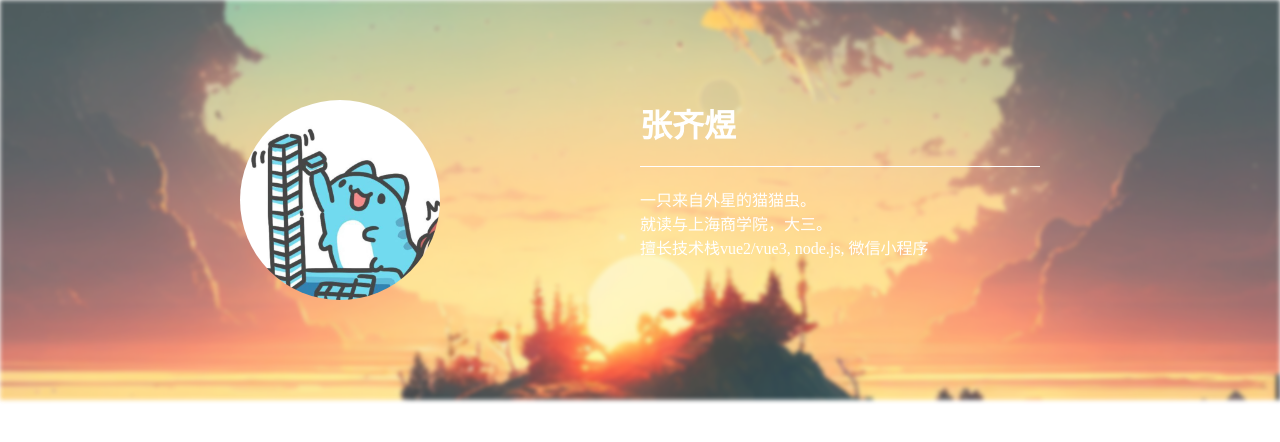
Repository: TheBiggestFatCat/myblog-frontend
Page: /
These files come from the project's save history. The page is drawn as it stood at one moment and after a run of saves; the edit follows.
The browser window is 1280 px wide. The pictures show the whole page.
The project was rebuilt for these pictures with package versions that can differ from the ones it lists, and the page was loaded fresh each time. Also part of the build but not shown: vite.config.ts.

Above is the page before, as saved 2023-02-26 09:27:25.

After the next 3 saves:
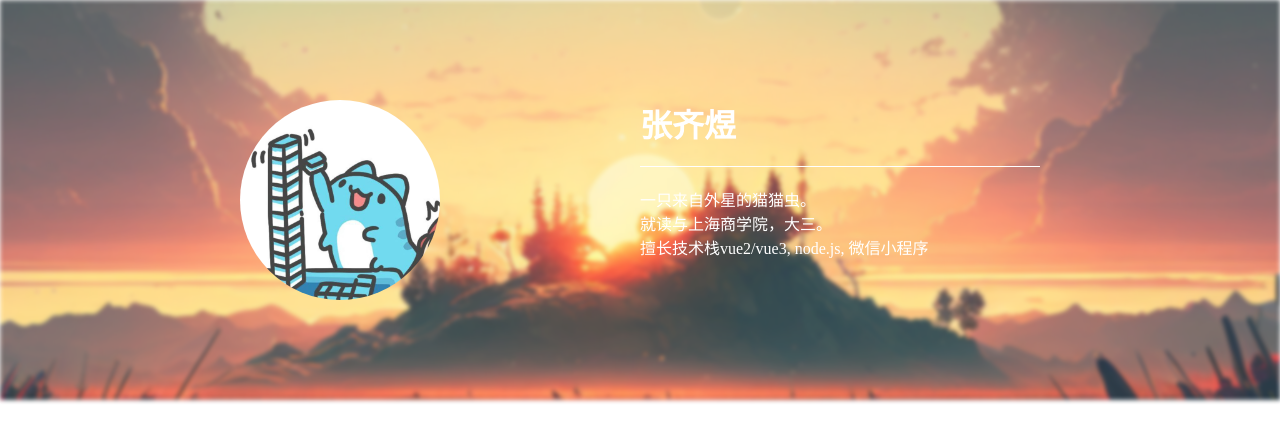
The 3 saves are shown as one change because they came seconds apart.
The last was saved 9 s later.
--- a/src/components/Home/Home.vue
+++ b/src/components/Home/Home.vue
@@ -69,7 +69,7 @@
   // width: 100%;
   // height: 100%;
   background-image: url(@/assets/pics/home1.jpg);
-  background-position: 0 -200px;
+  background-position: 0 -300px;
   background-size: cover;
   filter: blur(2px); /* 设置模糊半径 */
   opacity: 0.85; /* 设置不透明度 */

After the 2 saves that followed:
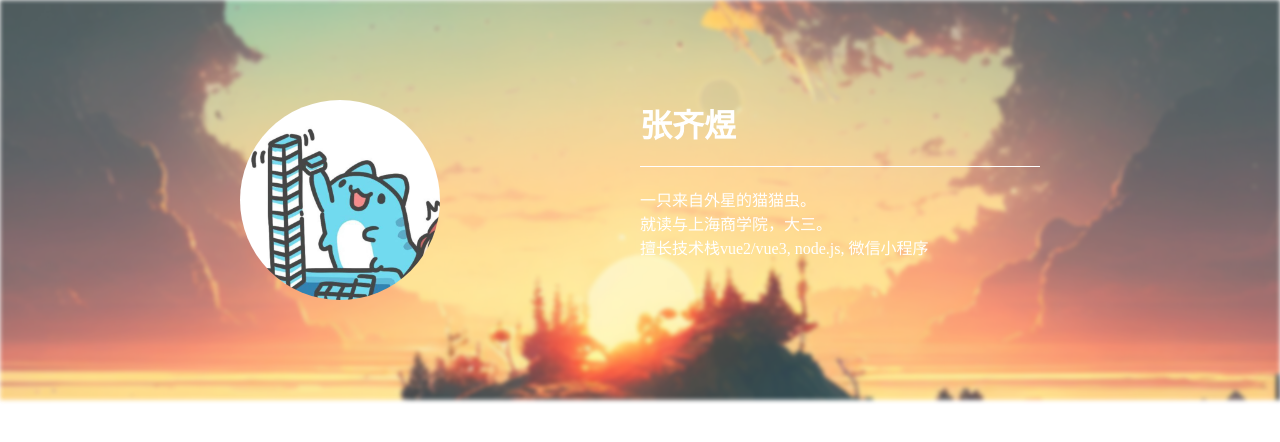
The 2 saves are shown as one change because they came seconds apart.
The last was saved 6 s later.
--- a/src/components/Home/Home.vue
+++ b/src/components/Home/Home.vue
@@ -69,7 +69,7 @@
   // width: 100%;
   // height: 100%;
   background-image: url(@/assets/pics/home1.jpg);
-  background-position: 0 -300px;
+  background-position: 0 -200px;
   background-size: cover;
   filter: blur(2px); /* 设置模糊半径 */
   opacity: 0.85; /* 设置不透明度 */
